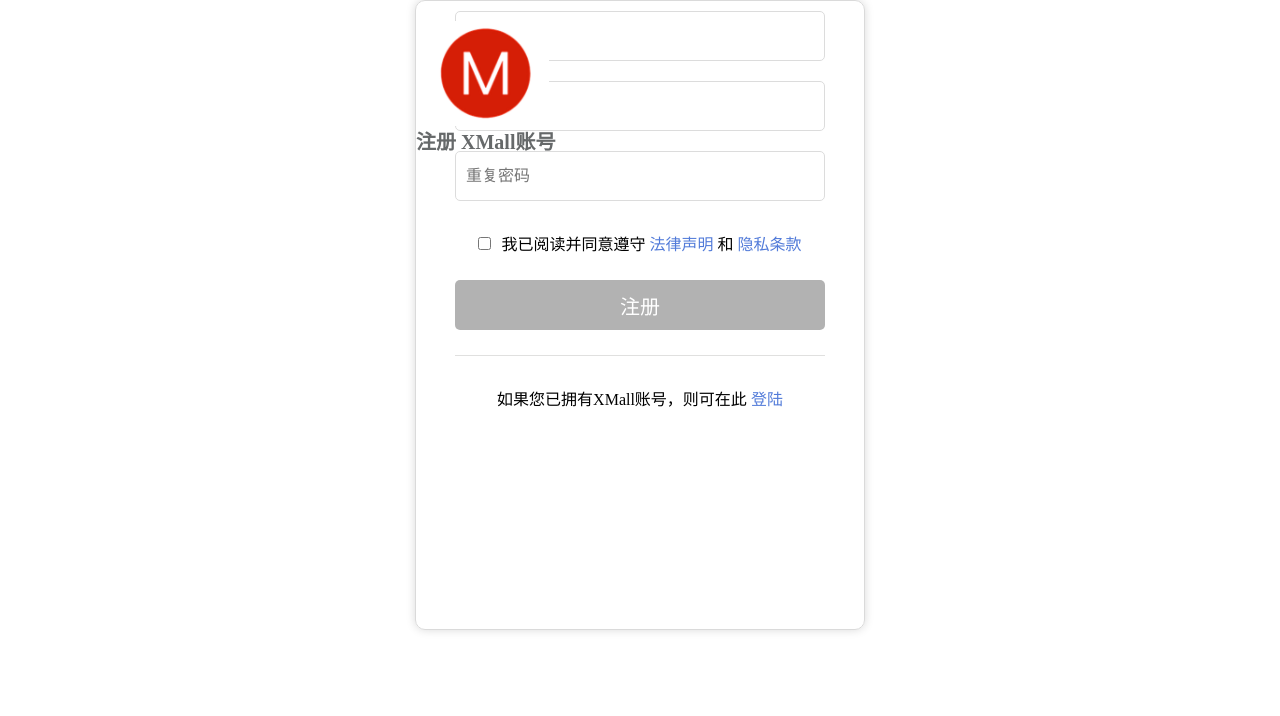
Repository: dingqihui1997/xmall-demo
Page: /signin
These files come from the project's save history. The page is drawn as it stood at one moment and after the next save; the edit follows.
The browser window is 1280 px wide. The pictures show the whole page.
The project was rebuilt for these pictures with package versions that can differ from the ones it lists, and the page was loaded fresh each time. Also part of the build but not shown: vue.config.js, src/views/Home.vue.

Above is the page before, as saved 2021-06-29 17:34:49.

After the next save:
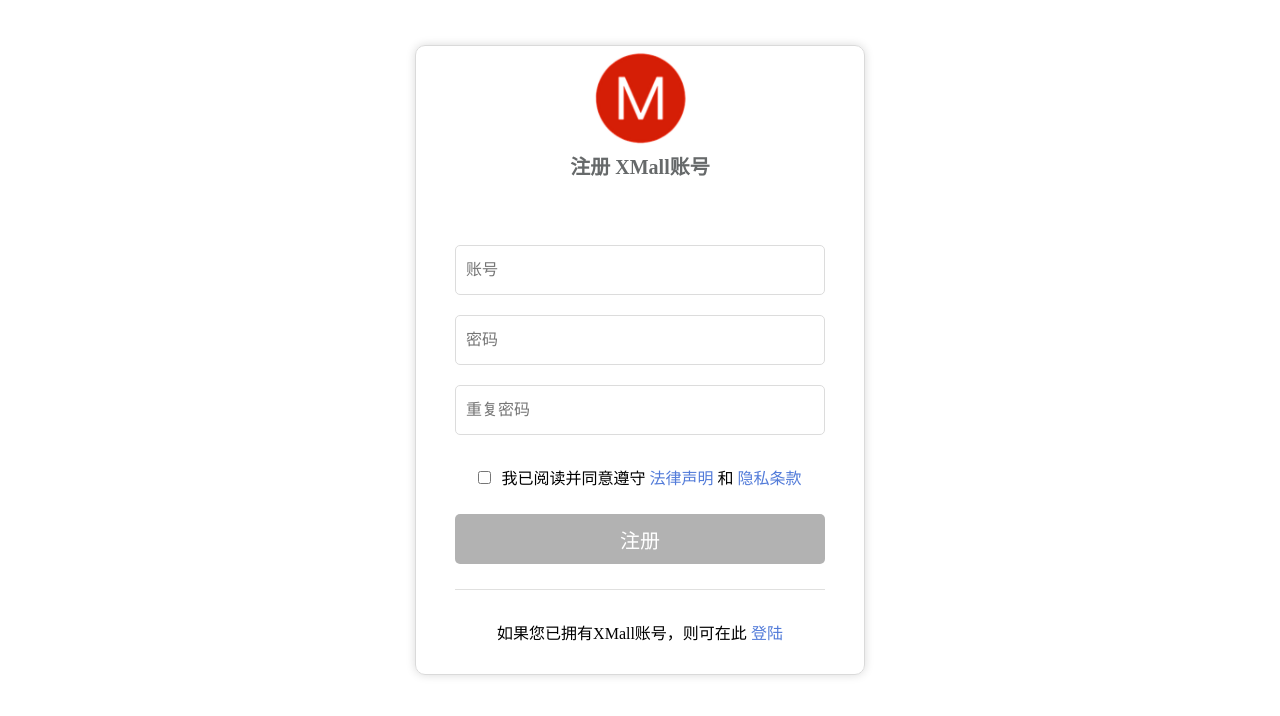
Saved 22 s later.
--- a/src/components/signin/Signin.vue
+++ b/src/components/signin/Signin.vue
@@ -121,7 +121,7 @@
   border: 1px solid #dadada;
   border-radius: 10px;
   box-shadow: 0 0 10px #dadada;
-  position: relative;
+  //   position: relative;
 }
 .one {
   height: 100vh;
@@ -132,8 +132,8 @@
   color: #66696a;
   font-weight: 700;
   margin-bottom: 35px;
-  position: absolute;
-  top: 20px;
+  //   position: absolute;
+  //   top: 20px;
 }
 .ipt {
   width: 370px;
